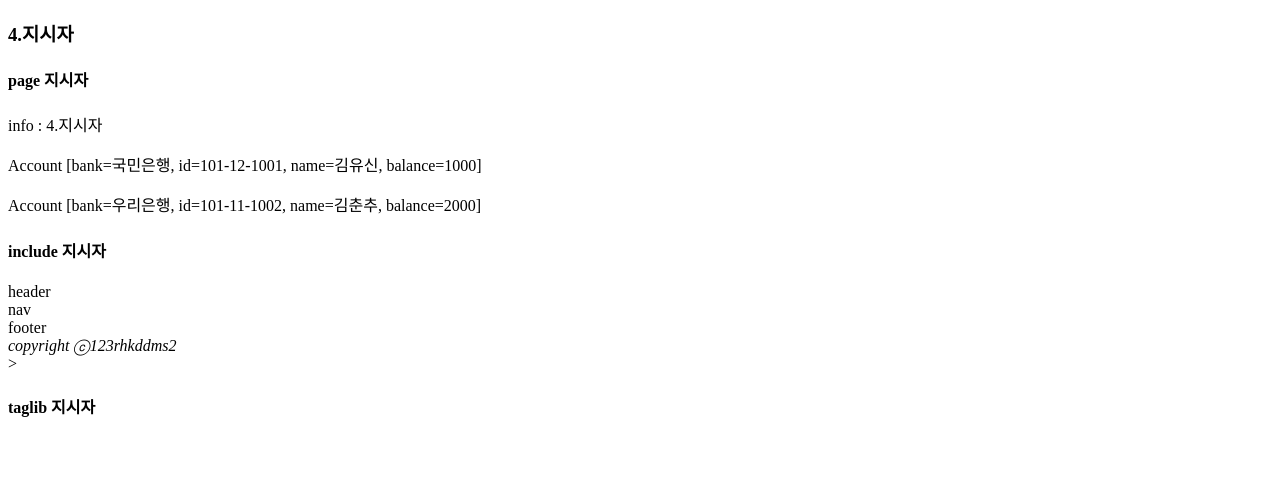
Repository: 123rhkddms2/JSP
Page: http://localhost/ch02/4.지시자.jsp
The author's editor kept a copy of each file at every save. The page is drawn from the files as they stood at one save, then again after the next save.
The browser window is 1280 px wide. The pictures show the whole page.
The page is served by Tomcat 9.

Above is the page before, as saved 2024-01-29 02:30:31.

After the next save:
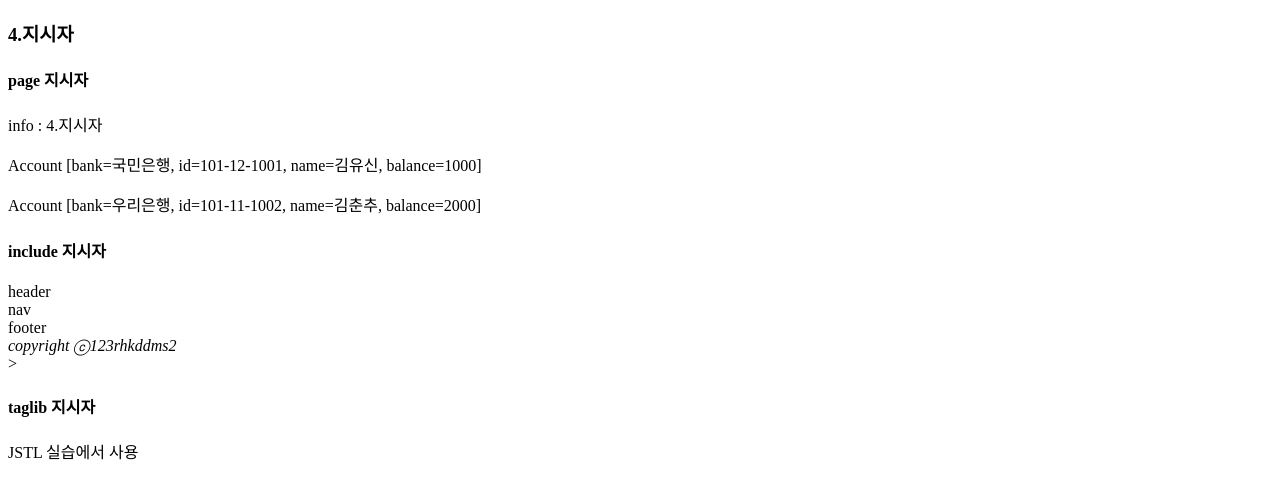
Saved 39 s later.
--- a/ch02/src/main/webapp/4.지시자.jsp
+++ b/ch02/src/main/webapp/4.지시자.jsp
@@ -34,6 +34,7 @@
 
 
 		<h4>taglib 지시자</h4>
+		<p>JSTL 실습에서 사용</p>
 
 
 
